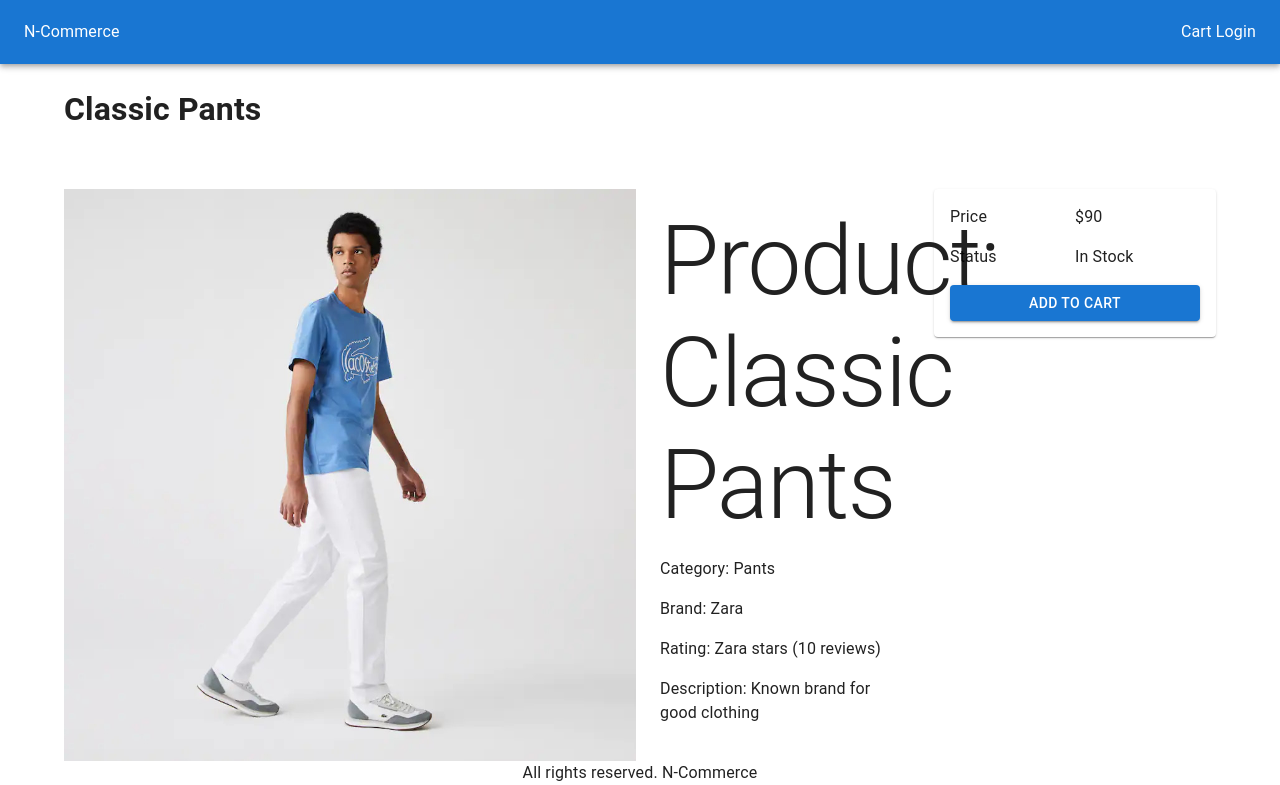
Repository: AK0493/Next-Commerce
Page: /product/classic-pants
The author's editor kept a copy of each file at every save. The page is drawn from the files as they stood at one save, then again after the next save.
The browser window is 1280 px wide. The pictures show the whole page.
The project was rebuilt for these pictures with package versions that can differ from the ones it lists, and the page was loaded fresh each time. The framework's server and built-in components were replaced by stand-ins that run in the browser. Also part of the build but not shown: next.config.js.

Above is the page before, as saved 2022-02-07 13:39:54.

### pages/_app.js
import { useEffect } from 'react';
import '../styles/globals.css';

function MyApp({ Component, pageProps }) {
  useEffect(() => {
    const jssStyles = document.querySelector('#jss-server-side');
    if (jssStyles) {
      jssStyles.parentElement.removeChild(jssStyles);
    }
  }, []);
  return <Component {...pageProps} />;
}

export default MyApp;

### pages/product/[slug].js
import { useRouter } from 'next/router';
import React from 'react';
import data from '../../utils/data';
import NextLink from 'next/link';
import {
  Button,
  Card,
  Grid,
  Link,
  List,
  ListItem,
  Typography,
} from '@mui/material';
import Layout from '../../components/Layout';
import useStyles from '../../utils/styles';
import Image from 'next/image';
export default function ProductPage() {
  const classes = useStyles();
  const router = useRouter();
  const { slug } = router.query;
  const product = data.products.find((el) => el.slug === slug);
  if (!product) {
    return (
      <div>
        <h1>Product not Found!</h1>
      </div>
    );
  }
  return (
    <Layout title={product.name} description={product.description}>
      <div className={classes.section}>
        <h1>{product.name}</h1>
        <NextLink href="/" passHref>
          <Link>Back to Home</Link>
        </NextLink>
      </div>
      <Grid container spacing={1}>
        <Grid item md={6} xs={12}>
          <Image
            src={product.image}
            alt={product.name}
            width={640}
            height={640}
            layout="responsive"
          ></Image>
        </Grid>
        <Grid item md={3} xs={12}>
          <List>
            <ListItem>
              <Typography variant="h1">Product: {product.name}</Typography>
            </ListItem>
            <ListItem>
              <Typography>Category: {product.category}</Typography>
            </ListItem>
            <ListItem>
              <Typography>Brand: {product.brand}</Typography>
            </ListItem>
            <ListItem>
              <Typography>
                Rating: {product.brand} stars ({product.numReviews} reviews)
              </Typography>
            </ListItem>
            <ListItem>
              <Typography>Description: {product.description}</Typography>
            </ListItem>
          </List>
        </Grid>
        <Grid item md={3} xs={12}>
          <Card>
            <List>
              <ListItem>
                <Grid container>
                  <Grid item xs={6}>
                    <Typography>Price</Typography>
                  </Grid>
                  <Grid item xs={6}>
                    <Typography>${product.price}</Typography>
                  </Grid>
                </Grid>
              </ListItem>
              <ListItem>
                <Grid container>
                  <Grid item xs={6}>
                    <Typography>Status</Typography>
                  </Grid>
                  <Grid item xs={6}>
                    <Typography>
                      {product.CountInStock > 0 ? 'In Stock' : 'UNavailible'}
                    </Typography>
                  </Grid>
                </Grid>
              </ListItem>
              <ListItem>
                <Button fullWidth variant="contained" color="primary">
                  Add to Cart
                </Button>
              </ListItem>
            </List>
          </Card>
        </Grid>
      </Grid>
    </Layout>
  );
}

### styles/globals.css
html,
body {
  padding: 0;
  margin: 0;
  font-family: -apple-system, BlinkMacSystemFont, Segoe UI, Roboto, Oxygen,
    Ubuntu, Cantarell, Fira Sans, Droid Sans, Helvetica Neue, sans-serif;
}

a {
  color: #fff !important;
  text-decoration: none !important;
  cursor: pointer;
}

* {
  box-sizing: border-box;
}

### utils/data.js
const data = {
  products: [
    {
      name: 'Free Shirt',
      slug: 'free-shirt',
      category: 'Shirts',
      image: '/images/shirt1.jpg',
      price: 90,
      brand: 'Nike',
      rating: 4.5,
      numReviews: 10,
      CountInStock: 20,
      description: 'A popular shirt',
    },
    {
      name: 'Fit Shirt',
      slug: 'fit-shirt',
      category: 'Shirt',
      image: '/images/Shirt2.jpg',
      price: 90,
      brand: 'Addidas',
      rating: 4.5,
      numReviews: 10,
      CountInStock: 20,
      description: 'A popular shirt',
    },
    {
      name: 'Slim Shirt',
      slug: 'slim-shirt',
      category: 'Shirts',
      image: '/images/shirt3.jpg',
      price: 70,
      brand: 'Raymond',
      rating: 4.5,
      numReviews: 10,
      CountInStock: 20,
      description: 'A popular shirt',
    },
    {
      name: 'Golf Pants',
      slug: 'golf-pants',
      category: 'Pants',
      image: '/images/pants1.jpg',
      price: 70,
      brand: 'Oliver',
      rating: 4.5,
      numReviews: 10,
      CountInStock: 20,
      description: 'smart looking pants',
    },
    {
      name: 'Fit Pants',
      slug: 'fit-pants',
      category: 'Pants',
      image: '/images/pants2.jpg',
      price: 90,
      brand: 'Zara',
      rating: 4.5,
      numReviews: 10,
      CountInStock: 20,
      description: 'Known brand for good clothing',
    },
    {
      name: 'Classic Pants',
      slug: 'classic-pants',
      category: 'Pants',
      image: '/images/pants3.jpg',
      price: 90,
      brand: 'Zara',
      rating: 4.5,
      numReviews: 10,
      CountInStock: 20,
      description: 'Known brand for good clothing',
    },
  ],
};

export default data;

### components/Layout.js
import {
  AppBar,
  Container,
  createTheme,
  CssBaseline,
  Link,
  Toolbar,
  Typography,
} from '@mui/material';
import Head from 'next/head';
import React from 'react';
import useStyles from '../utils/styles';
import NextLink from 'next/link';
import { ThemeProvider } from '@mui/styles';

export default function Layout({ title, description, children }) {
  const theme = createTheme({
    typography: {
      h1: {
        fontSize: '1.6rem',
        fontWeight: 400,
        margin: '1rem 0',
      },
      h2: {
        fontSize: '1.4rem',
        fontWeight: 400,
        margin: '1rem 0',
      },
    },
    palette: {
      type: 'light',
      primary: {
        main: '#f0c000',
      },
      secondary: {
        main: '#208080',
      },
    },
  });
  const classes = useStyles();
  return (
    <div>
      <Head>
        <title>{title ? `${title} - Next-Commerce` : 'Next Commerce'}</title>
        {description && <meta name="description" content={description}></meta>}
      </Head>
      <ThemeProvider theme={theme}>
        <CssBaseline />
        <AppBar position="static" className={classes.navbar}>
          <Toolbar>
            <NextLink href="/">
              <Link>
                <Typography>N-Commerce</Typography>
              </Link>
            </NextLink>
            <div className={classes.grow}></div>
            <div>
              <NextLink href="/cart">
                <Link>Cart </Link>
              </NextLink>
              <NextLink href="/login">
                <Link>Login</Link>
              </NextLink>
            </div>
          </Toolbar>
        </AppBar>
        <Container className={classes.main}>{children}</Container>
        <footer className={classes.footer}>
          <Typography>All rights reserved. N-Commerce</Typography>
        </footer>
      </ThemeProvider>
    </div>
  );
}

### utils/styles.js
import { makeStyles } from '@mui/styles';

const useStyles = makeStyles({
  navbar: {
    backgroundColor: '#203040',
  },
  '& a': {
    color: '#fff',
    marginLeft: '10',
  },
  grow: {
    flexGrow: 1,
  },
  main: {
    minHeight: '80vh',
  },
  section: {
    marginTop: '10px',
    marginBottom: '10px',
  },
  footer: {
    textAlign: 'center',
  },
});
export default useStyles;

After the next save:
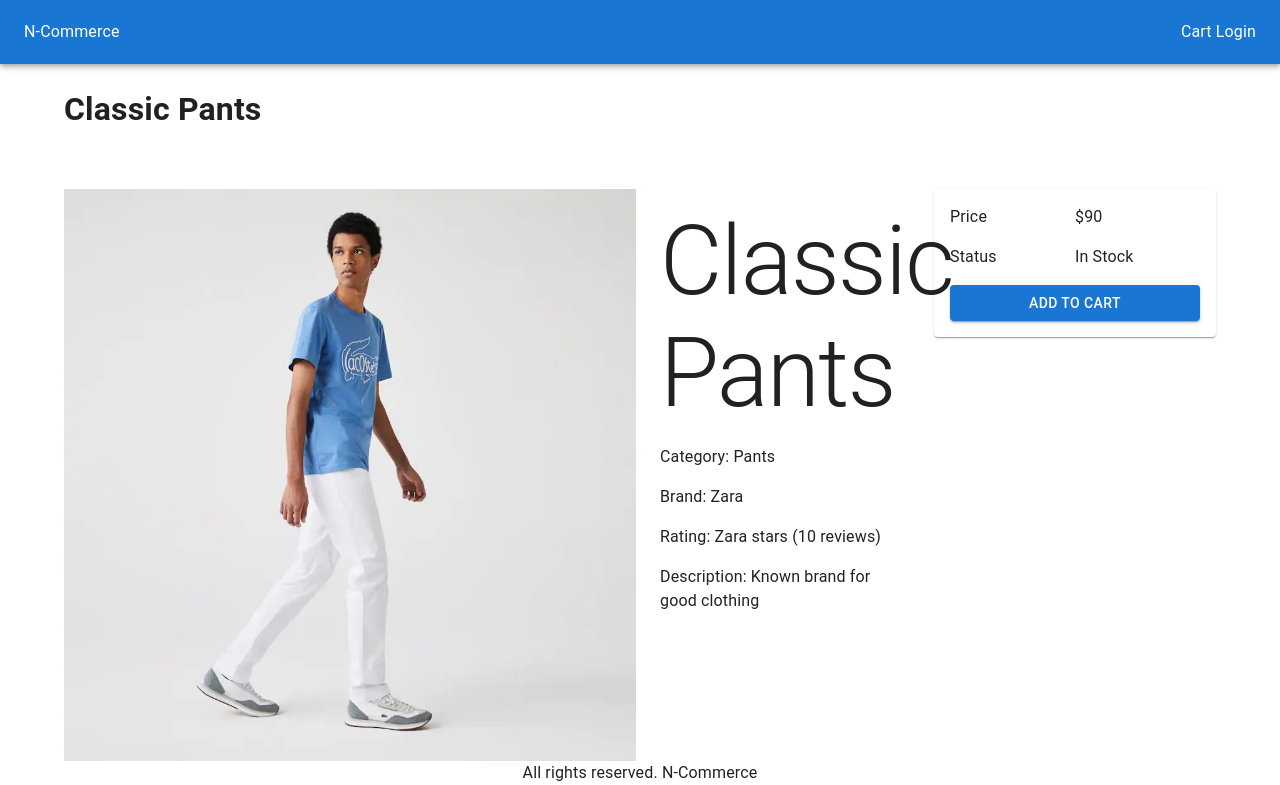
Saved 2 min 37 s later.
--- a/pages/product/[slug].js
+++ b/pages/product/[slug].js
@@ -47,7 +47,9 @@
         <Grid item md={3} xs={12}>
           <List>
             <ListItem>
-              <Typography variant="h1">Product: {product.name}</Typography>
+              <Typography component="h1" variant="h1">
+                {product.name}
+              </Typography>
             </ListItem>
             <ListItem>
               <Typography>Category: {product.category}</Typography>
